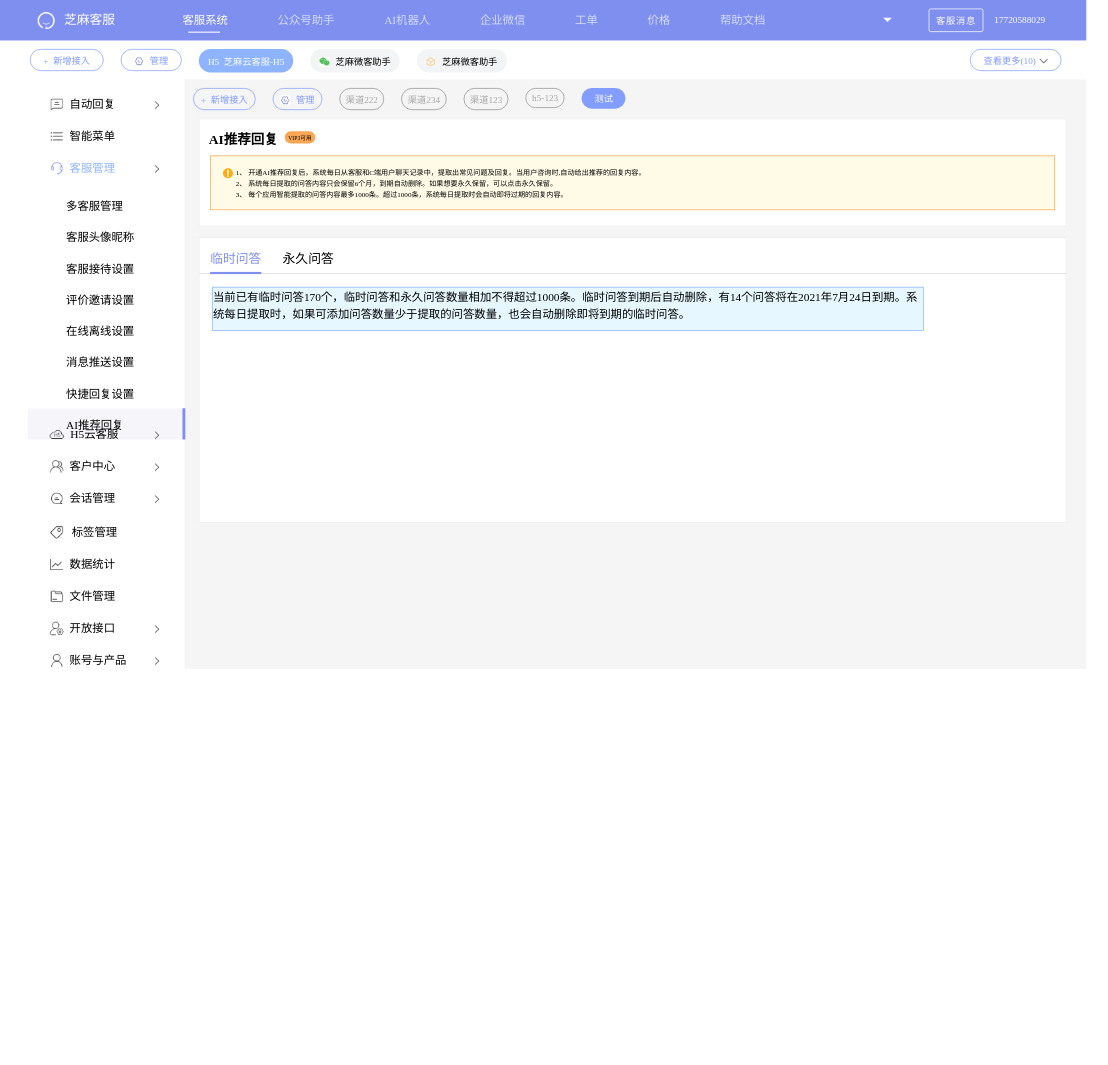
Repository: Privatexiao/projects
Page: Customer service assistant/Untitled-1.html
These files come from the project's save history. The page is drawn as it stood at one moment and after a run of saves; the edit follows.
The browser window is 1280 px wide. The page is 1560 px wide, so the pictures cover 1560 px, including what lies to the right of the window. The pictures show the whole page, at 71% of full size.

Above is the page before, as saved 2021-07-27 17:03:05.

After the next 2 saves:
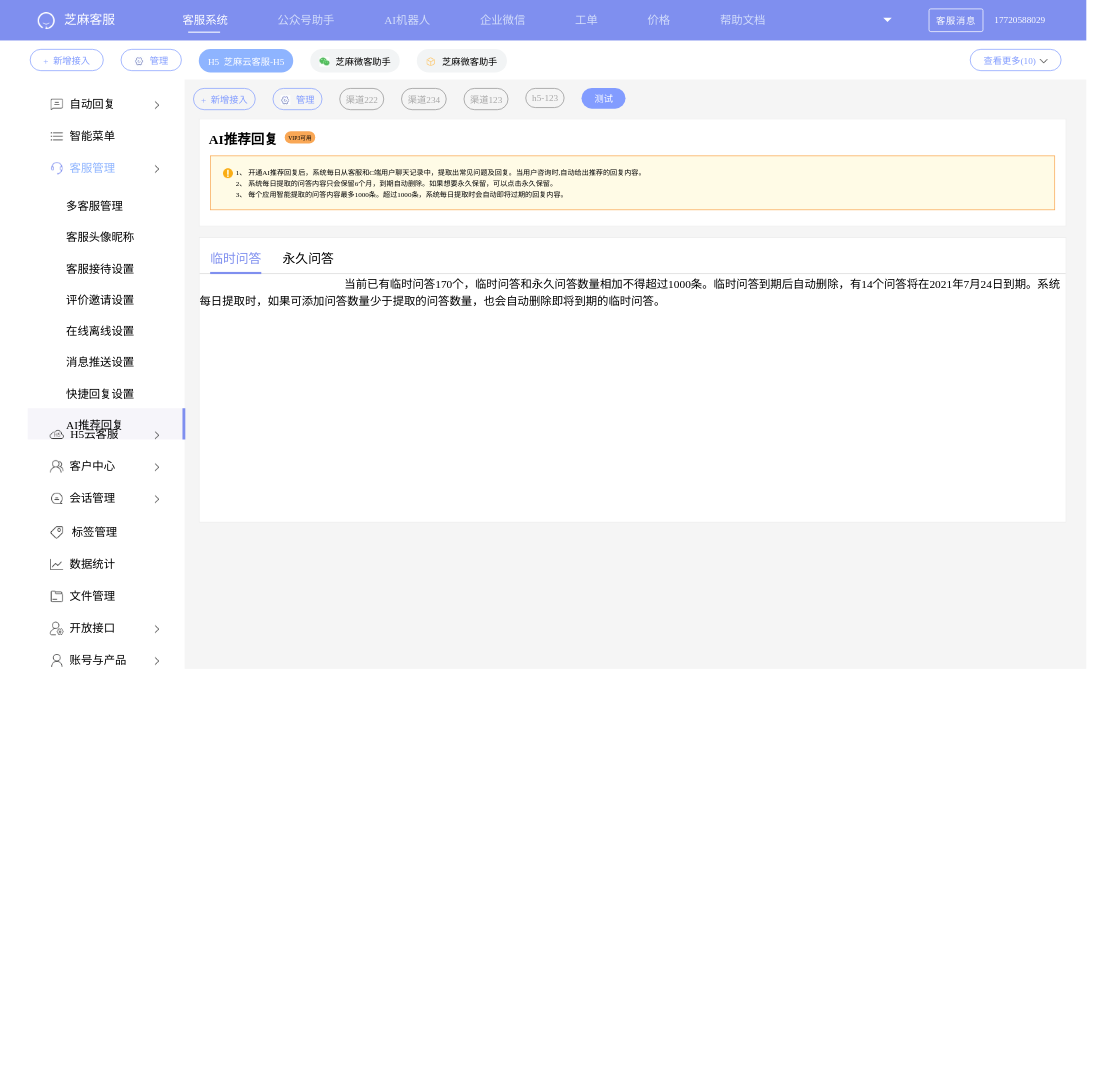
The 2 saves are shown as one change because they came seconds apart.
The last was saved 10 s later.
--- a/Customer service assistant/Untitled-2.css
+++ b/Customer service assistant/Untitled-2.css
@@ -311,7 +311,7 @@
     height: 33px;
     border-bottom: 3px solid #7f8fef;
 }
-
+提示
 .right_body_body .temporary_warning{
     background-color: #e6f7ff;
     width: 1000px;

After the 4 saves that followed:
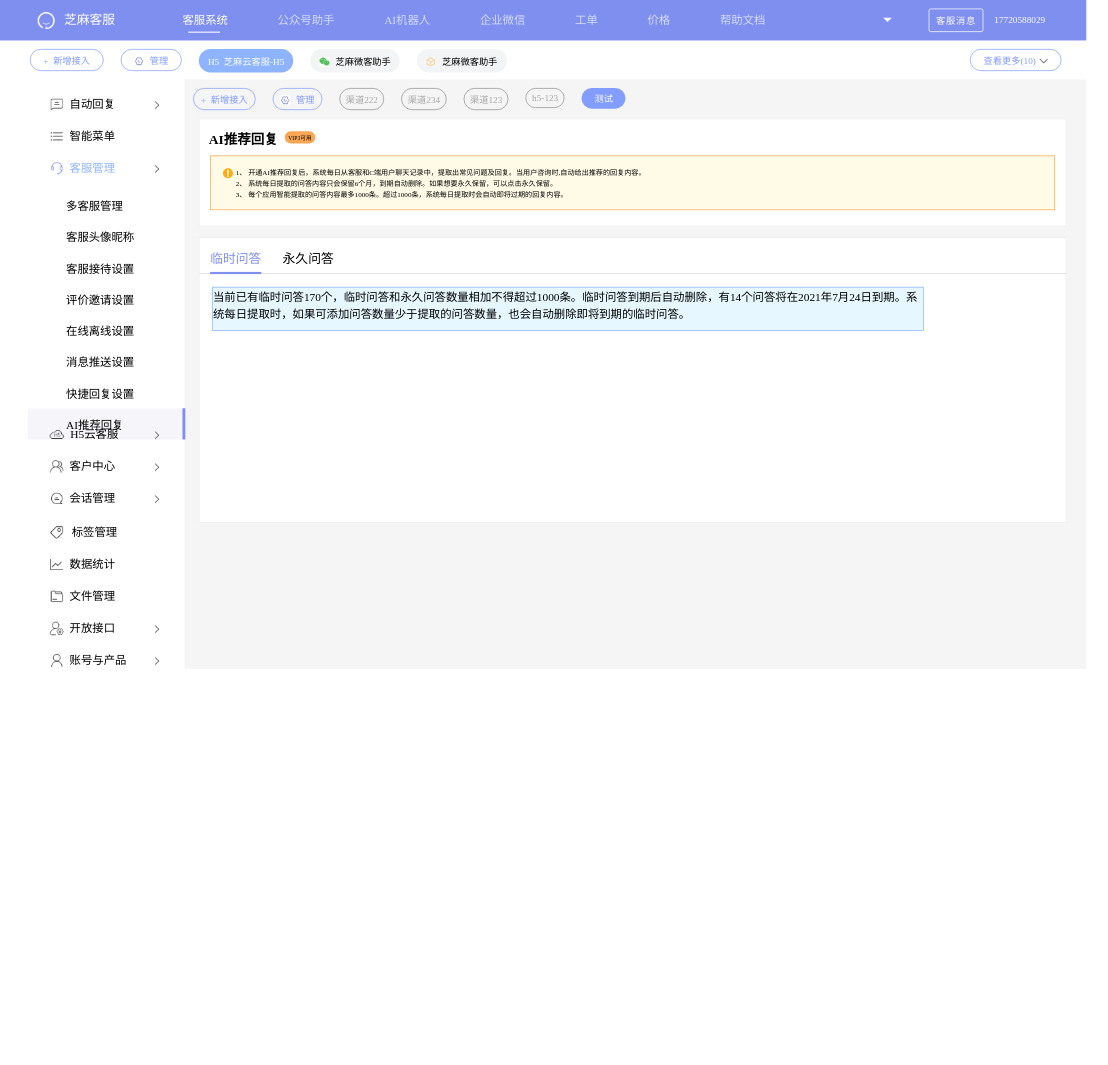
The 4 saves are shown as one change because they came seconds apart.
The last was saved 13 s later.
--- a/Customer service assistant/Untitled-2.css
+++ b/Customer service assistant/Untitled-2.css
@@ -311,7 +311,7 @@
     height: 33px;
     border-bottom: 3px solid #7f8fef;
 }
-提示
+/* 蓝色的提示文字 */
 .right_body_body .temporary_warning{
     background-color: #e6f7ff;
     width: 1000px;
